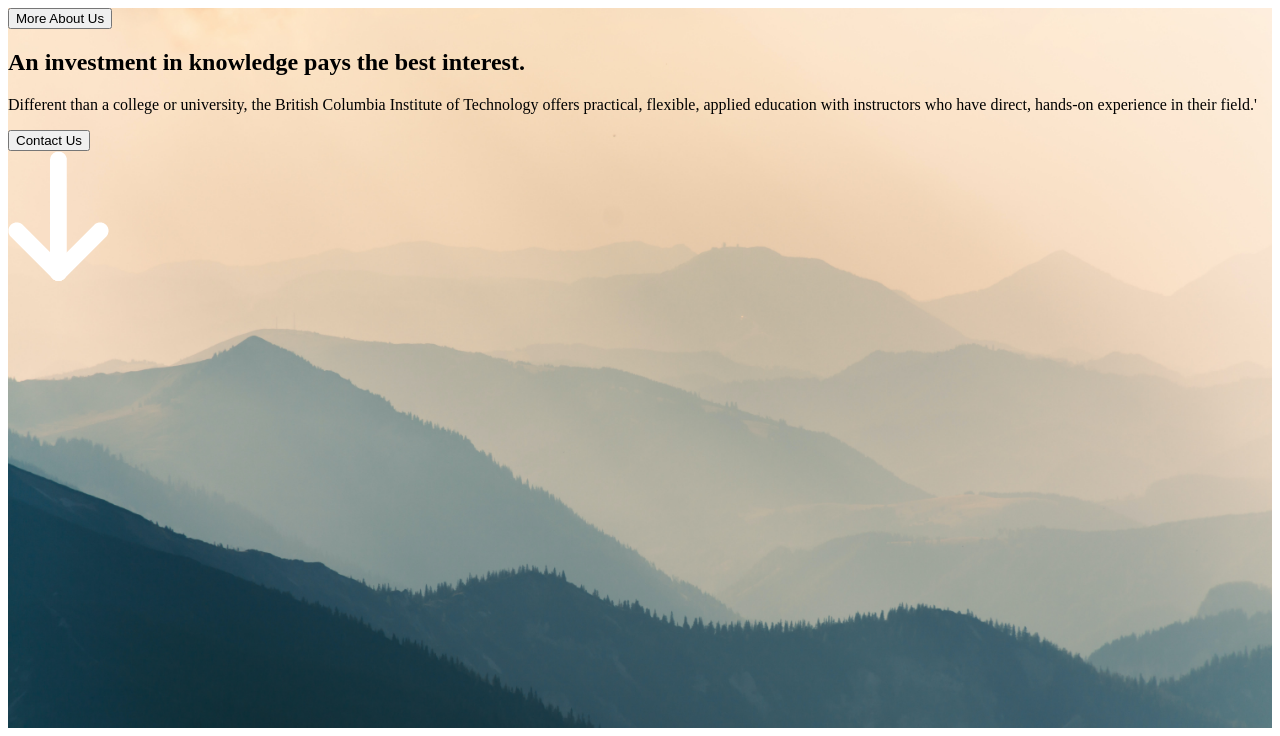
Repository: sierralaurent/MDIA2109-Assignment01
Page: /
An editor plug-in stored every save of this project. The page is shown before and after the next save, followed by the edit.
The browser window is 1280 px wide. The pictures show the whole page.
The project was rebuilt for these pictures with package versions that can differ from the ones it lists, and the page was loaded fresh each time. The framework's server and built-in components were replaced by stand-ins that run in the browser. Also part of the build but not shown: next.config.js.

Above is the page before, as saved 2023-02-01 15:50:25.

After the next save:
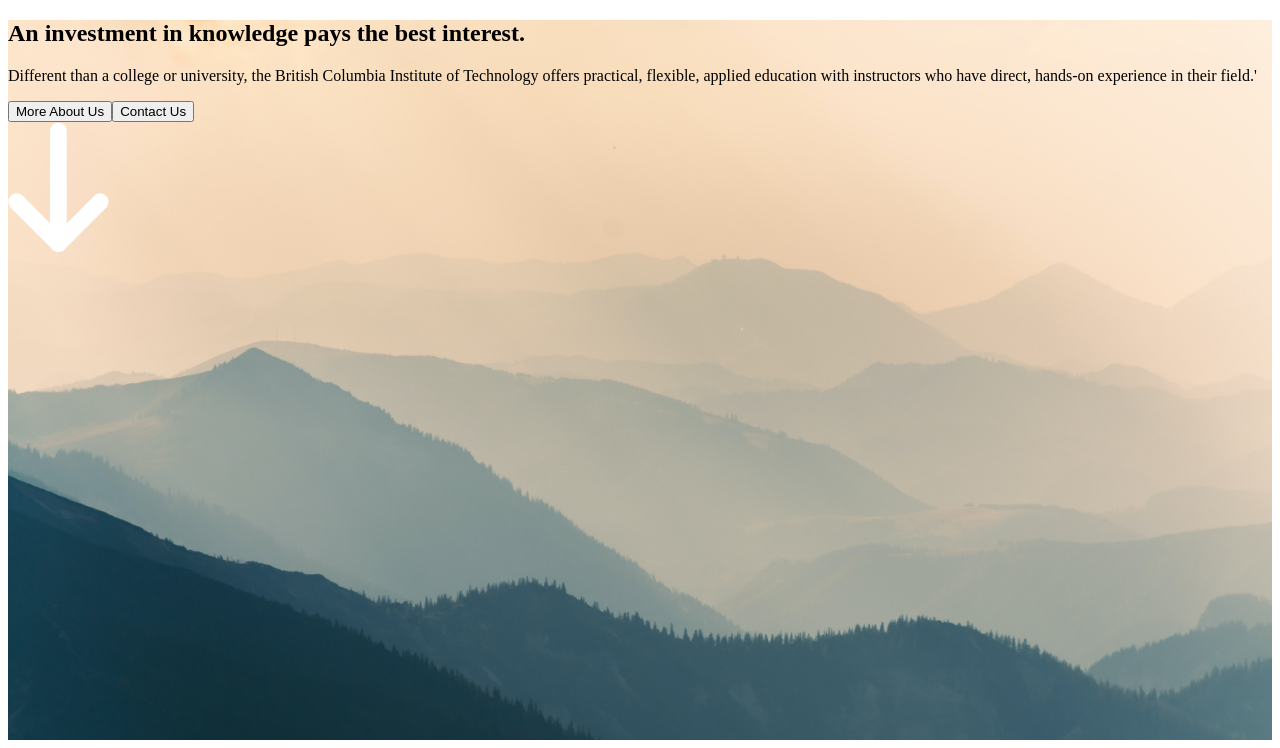
Saved 100 s later.
--- a/pages/index.js
+++ b/pages/index.js
@@ -19,13 +19,11 @@ export default function Home() {
         </Head>
         <main className={styles.main} >
           <div>
-          <Link href="/about">
+        <h1>An investment in knowledge pays the best interest.</h1>
+        <p>Different than a college or university, the British Columbia Institute of Technology offers practical, flexible, applied education with instructors who have direct, hands-on experience in their field.'</p>
+        <Link href="/about">
           <button>More About Us</button>
         </Link>
-        <h1>An investment in knowledge pays the best interest.</h1>
-        <p>Different than a college or university, the British Columbia Institute of Technology offers practical, flexible, applied education with instructors who have direct, hands-on experience in their field.'</p>
-
-
         <Link href="/contact">
         <button>Contact Us</button>
         </Link>
